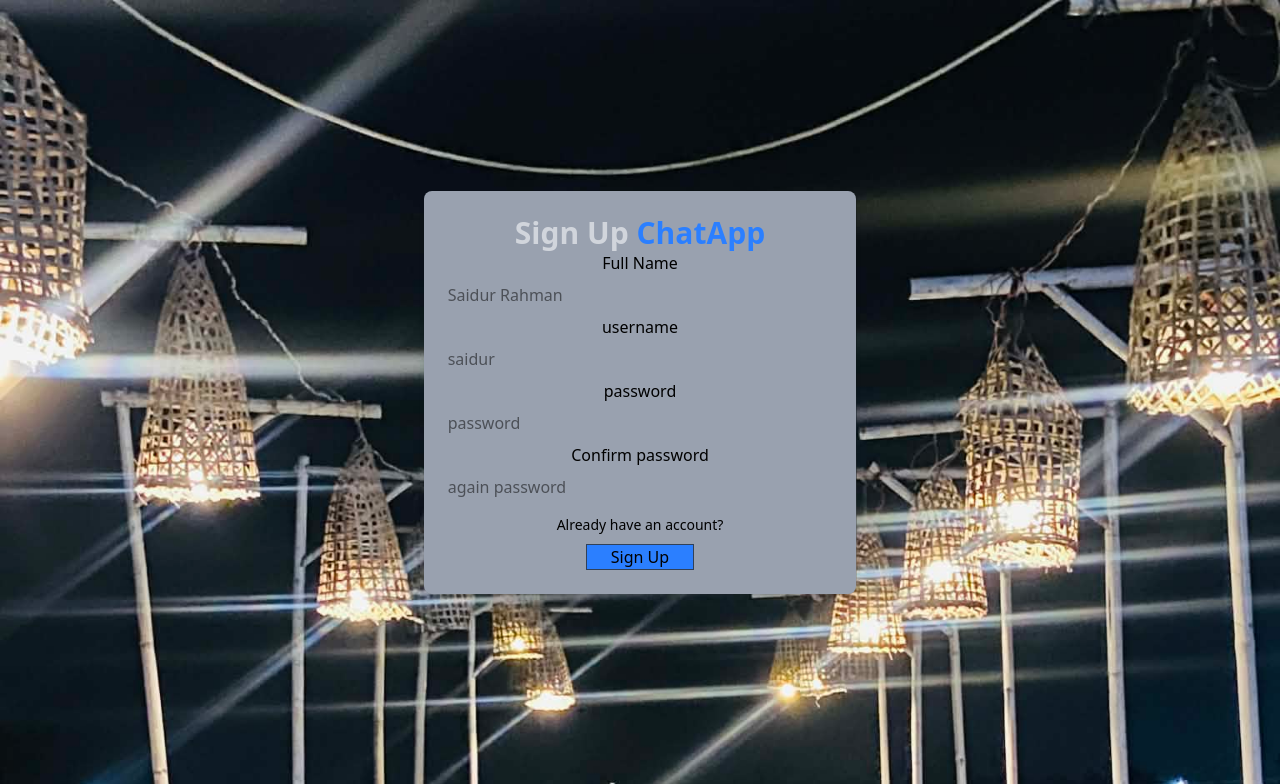
Repository: ridhukhan/chatapp
Page: / (app in frontend/)
These files come from the project's save history. The page is drawn as it stood at one moment and after the next save; the edit follows.
The browser window is 1280 px wide. The pictures show the whole page.
Backgrounds fixed to the window are drawn as part of the page. The project was rebuilt for these pictures with package versions that can differ from the ones it lists, and the page was loaded fresh each time. Also part of the build but not shown: frontend/vite.config.js, frontend/src/Pages/login/Login.jsx.

Above is the page before, as saved 2025-12-25 13:21:10.

After the next save:
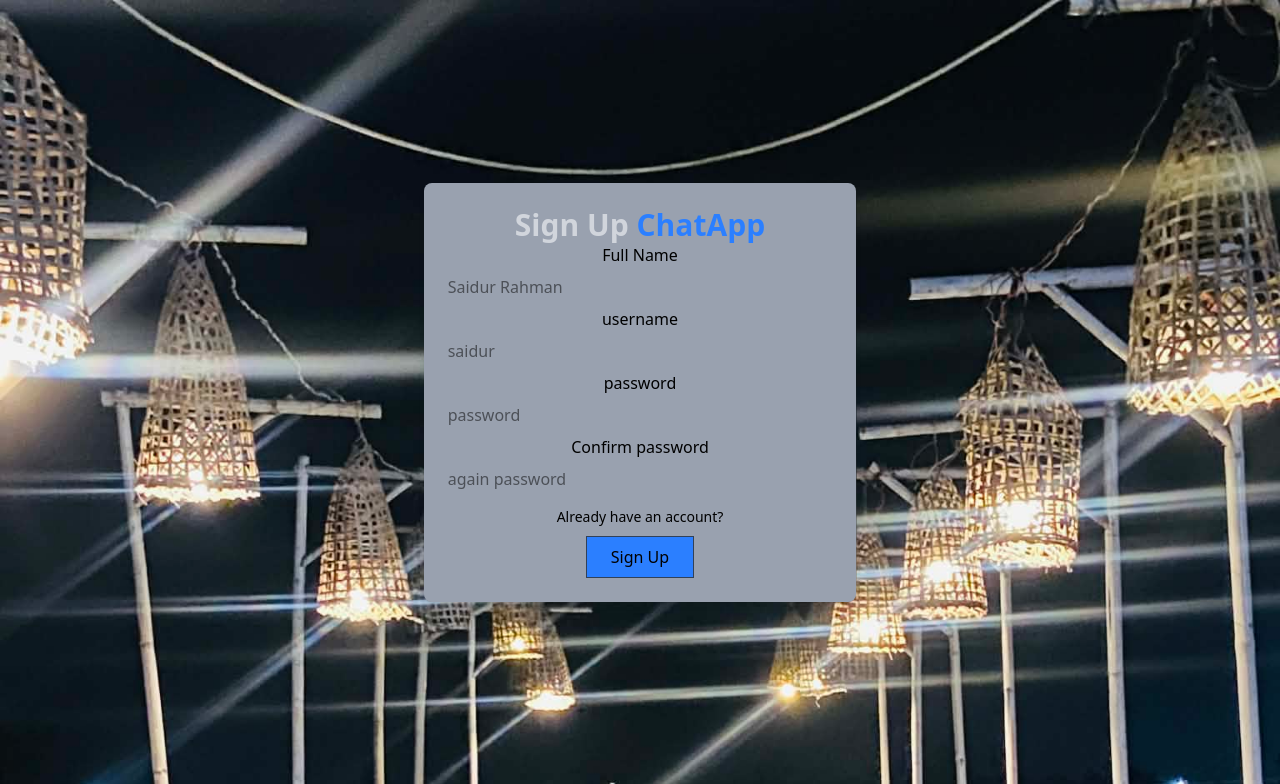
Saved 5 s later.
--- a/frontend/src/Pages/signup/SignUp.jsx
+++ b/frontend/src/Pages/signup/SignUp.jsx
@@ -47,7 +47,7 @@
 					</a>
 
 					<div>
-						<button className=' px-6   btn btn-block btn-sm mt-2 border border-slate-700 bg-blue-500' >Sign Up</button>
+						<button className=' px-6 py-2   btn btn-block btn-sm mt-2 border border-slate-700 bg-blue-500' >Sign Up</button>
 </div>
 
 
